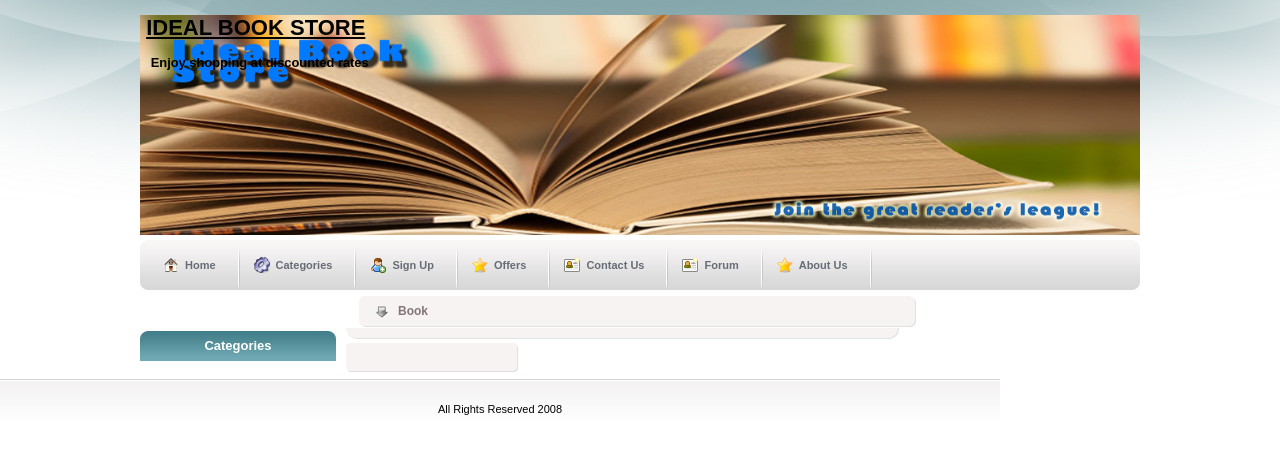
Repository: tusharjain887/Online-Book-Sales
Page: http://localhost/OnlineBook/bookview.jsp
These files come from the project's save history. The page is drawn as it stood at one moment and after the next save; the edit follows.
The browser window is 1280 px wide. The pictures show the whole page.
The page is served by Tomcat 9. Queries for data that is not in the repository find no rows.

Above is the page before, as saved 2013-04-09 10:19:47.

After the next save:
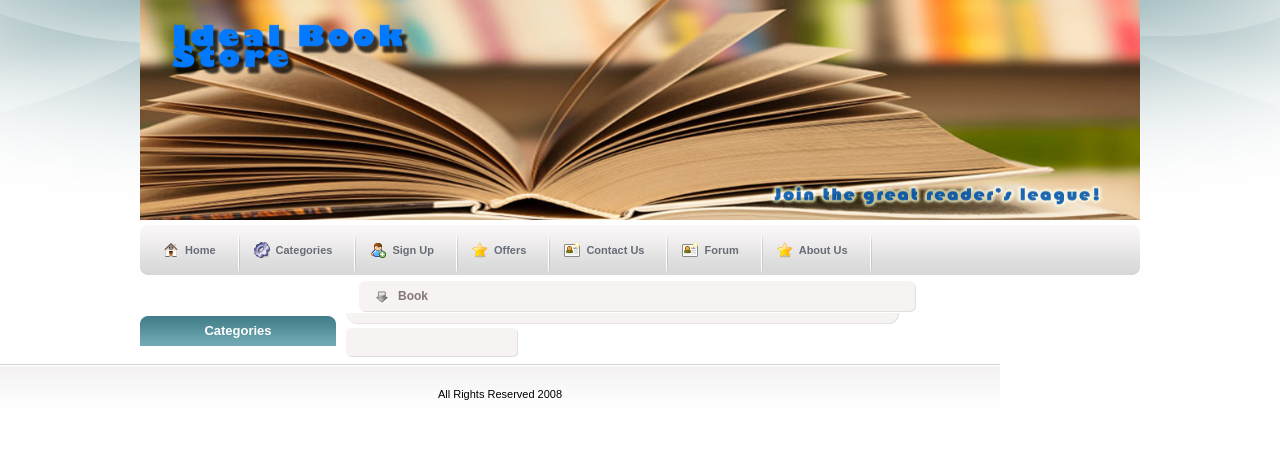
Saved 25 s later.
--- a/PROJECT/workspace/workspace/OnlineBook/WebContent/bookview.jsp
+++ b/PROJECT/workspace/workspace/OnlineBook/WebContent/bookview.jsp
@@ -5,7 +5,7 @@
 <!DOCTYPE html PUBLIC "-//W3C//DTD XHTML 1.0 Transitional//EN" "http://www.w3.org/TR/xhtml1/DTD/xhtml1-transitional.dtd">
 <html xmlns="http://www.w3.org/1999/xhtml">
 <head>
-<title>Categories</title>
+<title>Books</title>
 <meta http-equiv="Content-Type" content="text/html; charset=windows-1252" />
 <link rel="stylesheet" type="text/css" href="style.css" />
 <!--[if IE 6]>
@@ -29,8 +29,7 @@ if(c!=null)
 	}
 	%>
 	</div>
-	<div class="leftcontent"><h1>&nbsp<u>IDEAL BOOK STORE</u></h1></div>
-    <div class="leftdowncontent"><h3>&nbsp&nbsp&nbspEnjoy shopping at discounted rates</h3></div>
+
 
   </div>
 
